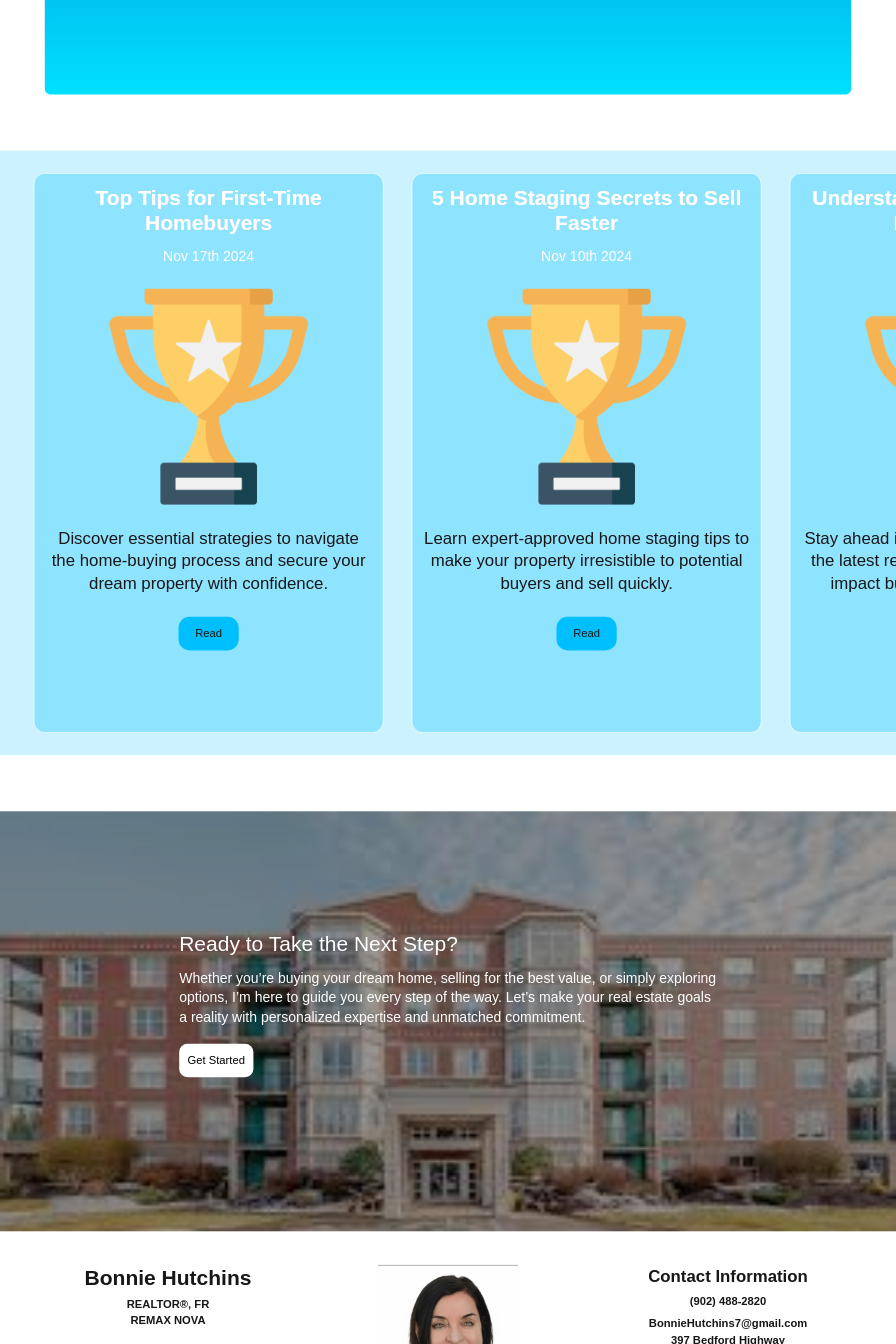
Repository: TMuse333/bonnie-website-
Page: / (app in frontend/)
An editor plug-in stored every save of this project. The page is shown before and after the next save, followed by the edit.
The browser window is 1280 px wide. The pictures show the part of the page from y = 4580 to 6500 px (the page is 7119 px tall), at 70% of full size.
The project was rebuilt for these pictures with package versions that can differ from the ones it lists, and the page was loaded fresh each time. The framework's server and built-in components were replaced by stand-ins that run in the browser. Also part of the build but not shown: frontend/next.config.mjs.

Above is the page before, as saved 2024-11-30 14:43:01.

After the next save:
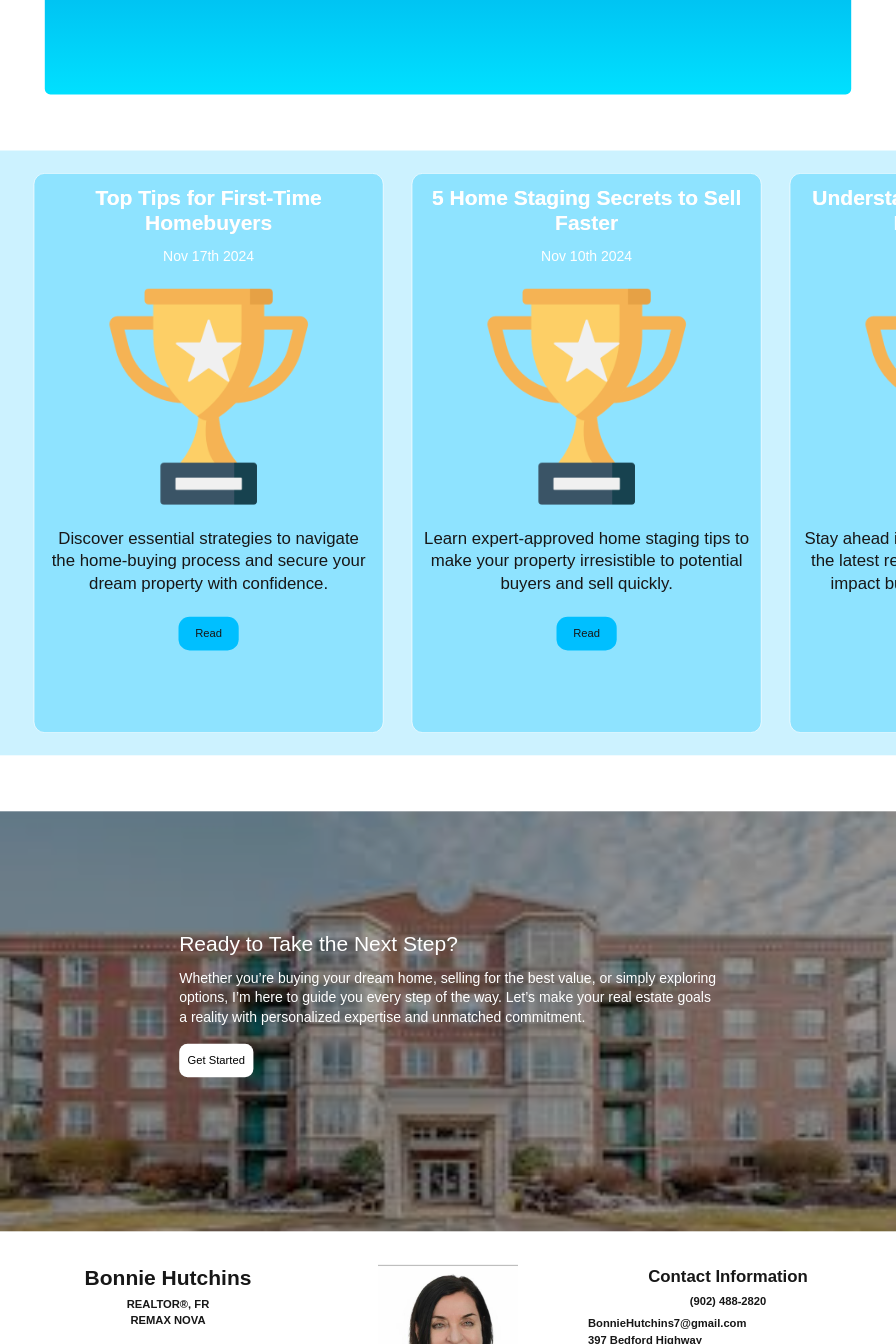
Saved 9 s later.
--- a/frontend/src/app/components/contactCard/contactCard.tsx
+++ b/frontend/src/app/components/contactCard/contactCard.tsx
@@ -53,6 +53,7 @@
                 <h3 className="mb-2 text-2xl font-semibold">Contact Information</h3>
                 <p className="mb-2 font-semibold">{phone}</p>
                 <p className="mb-2 font-semibold whitespace-pre-line
+                text-left
                 leading-6">{email}</p>
                 <ul className="flex items-center w-full
                 ">

After the 5 saves that followed:
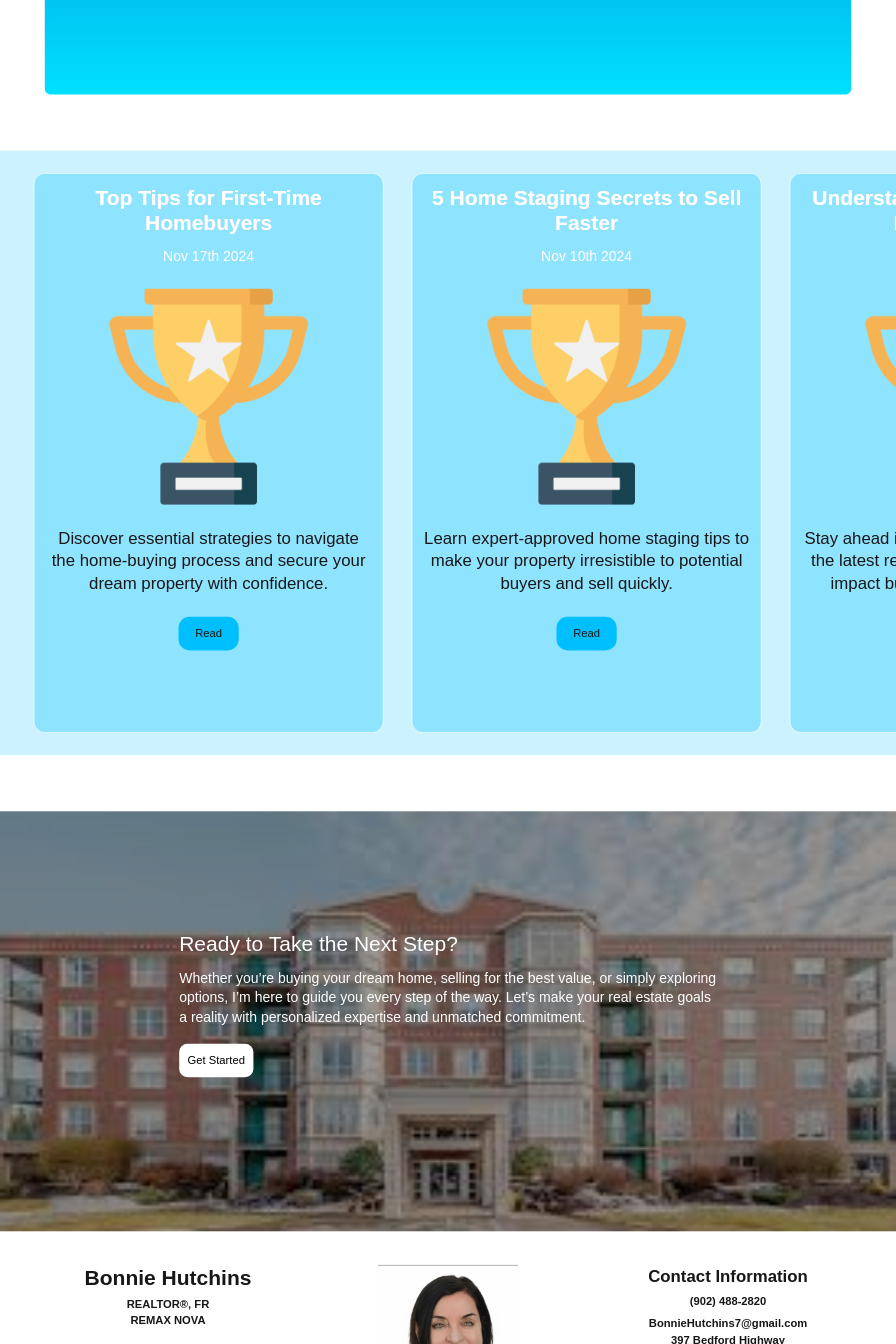
The 5 saves are shown as one change because 2 left the picture as it was and some came seconds apart.
The last was saved 19 s later.
--- a/frontend/src/app/components/contactCard/contactCard.tsx
+++ b/frontend/src/app/components/contactCard/contactCard.tsx
@@ -53,7 +53,7 @@
                 <h3 className="mb-2 text-2xl font-semibold">Contact Information</h3>
                 <p className="mb-2 font-semibold">{phone}</p>
                 <p className="mb-2 font-semibold whitespace-pre-line
-                text-left
+
                 leading-6">{email}</p>
                 <ul className="flex items-center w-full
                 ">
